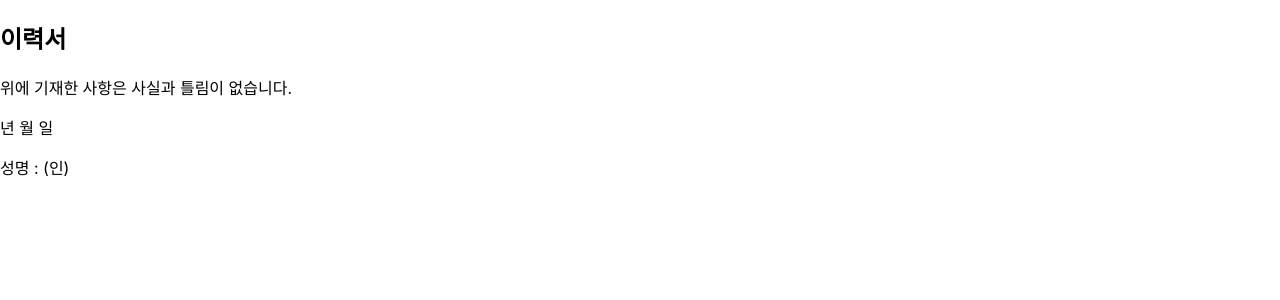
Repository: jiyeonyun/Resume
Page: / (app in resumes/)
These files come from the project's save history. The page is drawn as it stood at one moment and after the next save; the edit follows.
The browser window is 1280 px wide. The pictures show the whole page.
The project was rebuilt for these pictures with package versions that can differ from the ones it lists, and the page was loaded fresh each time. Also part of the build but not shown: resumes/src/App.module.css.

Above is the page before, as saved 2022-05-25 14:34:20.

### resumes/src/App.jsx
import styles from "./App.module.css";
import Educational from "./components/educationalHIstory/educational";
import Footer from "./components/footer/footer";
import Header from "./components/header/header";
import PersonalInfo from "./components/personalInfo/personalInfo";
function App() {
  return (
    <div className="App">
      <Header />
      <PersonalInfo />
      <Educational />
      <Footer />
    </div>
  );
}

export default App;

### resumes/src/components/educationalHIstory/educational.jsx
import React from "react";
import edudata from "../../data/edudata";
const Educational = (props) => {
  console.log(edudata);
  return <></>;
};

export default Educational;

### resumes/src/components/footer/footer.jsx
import React from "react";

const Footer = (props) => {
  return (
    <footer>
      <p>위에 기재한 사항은 사실과 틀림이 없습니다.</p>
      <p>년 월 일</p>
      <p>성명 : (인) </p>
    </footer>
  );
};

export default Footer;

### resumes/src/components/header/header.jsx
import React from "react";

const Header = (props) => {
  return (
    <header>
      <h2>이력서</h2>
    </header>
  );
};

export default Header;

### resumes/src/components/personalInfo/personalInfo.jsx
import React from "react";

const PersonalInfo = (props) => {
  return <section></section>;
};

export default PersonalInfo;

### resumes/src/data/edudata.js
export default [
  {
    date: "2014.03 ~ 2017.02",
    content: "@@ 고등학교",
    grade: "인문계",
    gradu: true,
  },
  {
    date: "2017.03 ~ 2020.08",
    content: "@@ 대학교 경영정보학 전공",
    grade: "4.0/4.5",
    gradu: true,
  },
  {
    date: "2020.09 ~ 2023.09",
    content: "@@ 대학교 @@ 대학원 경영정보학 전공",
    grade: "4.0/4.5",
    gradu: true,
  },
];

Loaded but not shown: resumes/public/index.html (common file); resumes/src/index.js (common file); resumes/src/index.css (common file); resumes/src/reportWebVitals.js (common file)

After the next save:
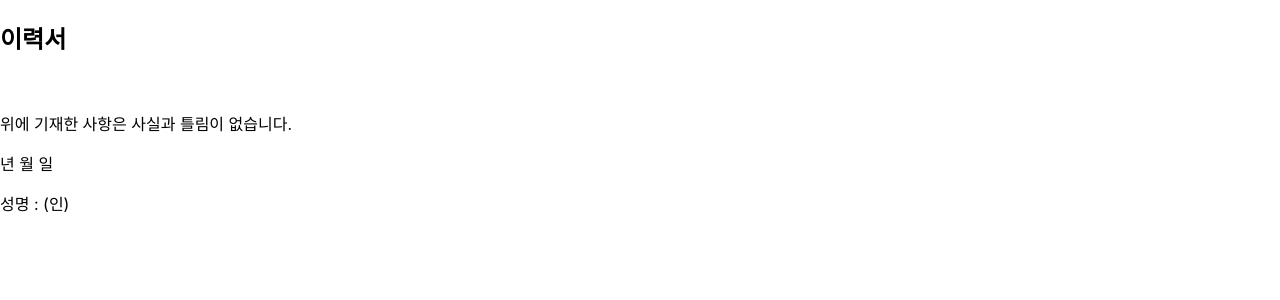
Saved 5 s later.
--- a/resumes/src/components/personalInfo/personalInfo.jsx
+++ b/resumes/src/components/personalInfo/personalInfo.jsx
@@ -1,7 +1,11 @@
 import React from "react";
 
 const PersonalInfo = (props) => {
-  return <section></section>;
+  return (
+    <section>
+      <img src="" alt="" />
+    </section>
+  );
 };
 
 export default PersonalInfo;
